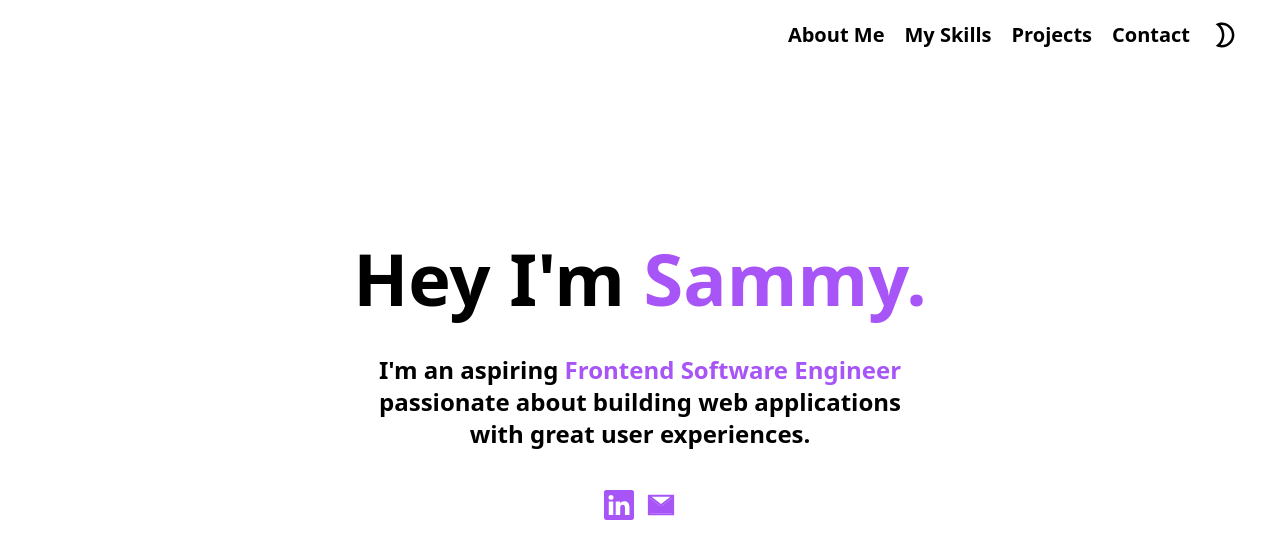
Repository: Al123Kudayyd/e-portfolio
Page: /
These files come from the project's save history. The page is drawn as it stood at one moment and after a run of saves; the edit follows.
The browser window is 1280 px wide. The pictures show the whole page.
The project was rebuilt for these pictures with package versions that can differ from the ones it lists, and the page was loaded fresh each time. The framework's server and built-in components were replaced by stand-ins that run in the browser. Also part of the build but not shown: next.config.js.

Above is the page before, as saved 2023-06-06 23:37:51.

### pages/index.tsx
import Info from "@/components/Info";
import Nav from "@/components/Nav";



export default function Home() {
  return (
    <>
      <Nav />
      <div className="md:mt-48">
        <Info />
        <div className="border-black h-16 w-16"></div>
      </div>


    </>
  )
}

### components/Info.tsx
import { BsLinkedin } from 'react-icons/bs'
import { AiTwotoneMail } from 'react-icons/ai'

function Info() {
  return (
    <div className="overflow-hidden">
        <div className="space-y-10 flex-col text-center justify-center items-center">
          <h1 className="text-7xl font-bold">Hey I'm <span className="text-purple-500">Sammy.</span></h1>
          <h3 className="text-2xl font-semibold">I'm an aspiring <span className="text-purple-500">Frontend Software Engineer</span> <br /> passionate about building web applications <br /> with great user experiences.</h3>
          <div className="flex justify-center items-center space-x-3 text-3xl text-purple-500 cursor-pointer">
            <BsLinkedin />
            <AiTwotoneMail />
          </div>
        </div>
      </div>
  )
}

export default Info

### components/Nav.tsx
import { MdOutlineModeNight } from 'react-icons/md'
import { FaBars } from 'react-icons/fa'

function Nav() {
  return (
    <div className='my-5 mx-10 flex items-center justify-end font-bold cursor-pointer'>
        <FaBars className='flex md:hidden lg:hidden text-2xl hover:text-purple-500 transition' />
        <ul className='md:flex lg:flex hidden space-x-5 items-center justify-end text-xs sm:text-xl'>
            <li className='hover:text-purple-500 transition'>About Me</li>
            <li className='hover:text-purple-500 transition'>My Skills</li>
            <li className='hover:text-purple-500 transition'>Projects</li>
            <li className='hover:text-purple-500 transition'>Contact</li>
            <li><MdOutlineModeNight className='text-3xl hover:scale-110 transition' /></li>

        </ul>

    </div>
  )
}

export default Nav

Loaded but not shown: pages/_app.tsx (common file); pages/_document.tsx (common file); styles/globals.css (common file); tailwind.config.js (common file)

After the next 4 saves:
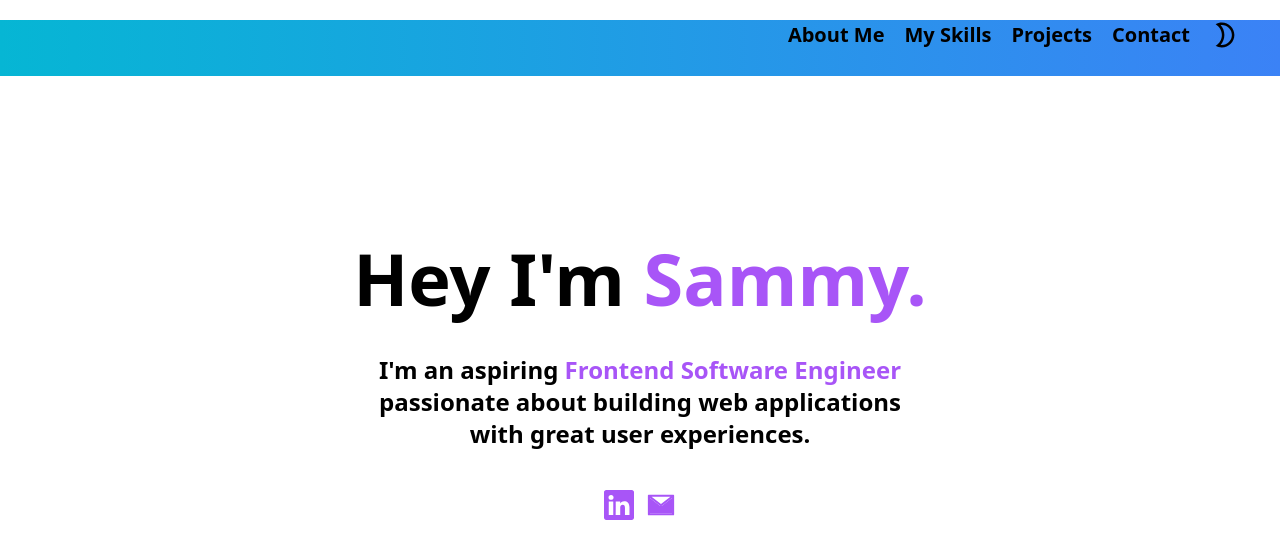
The 4 saves are shown as one change because 1 did not build or start and some came seconds apart.
The last was saved 2 min 17 s later.
--- a/pages/index.tsx
+++ b/pages/index.tsx
@@ -5,7 +5,7 @@
 
 export default function Home() {
   return (
-    <>
+    <div className="h-14 bg-gradient-to-r from-cyan-500 to-blue-500">
       <Nav />
       <div className="md:mt-48">
         <Info />
@@ -13,6 +13,6 @@
       </div>
 
 
-    </>
+    </div>
   )
 }

After the save that followed:
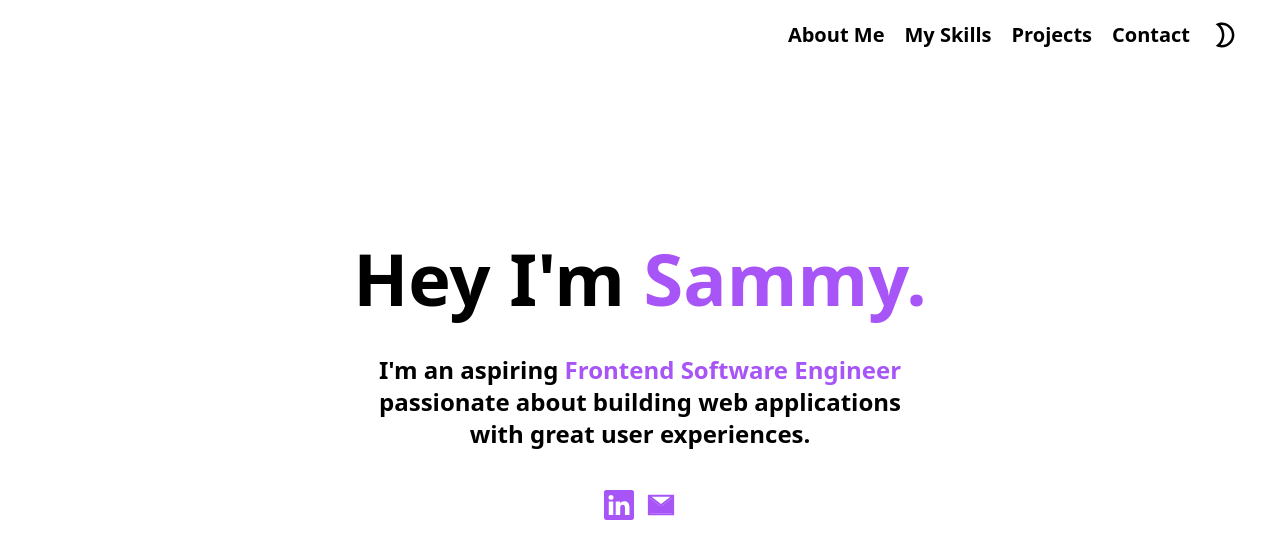
Saved 21 s later.
--- a/pages/index.tsx
+++ b/pages/index.tsx
@@ -5,7 +5,7 @@
 
 export default function Home() {
   return (
-    <div className="h-14 bg-gradient-to-r from-cyan-500 to-blue-500">
+    <div className="">
       <Nav />
       <div className="md:mt-48">
         <Info />
